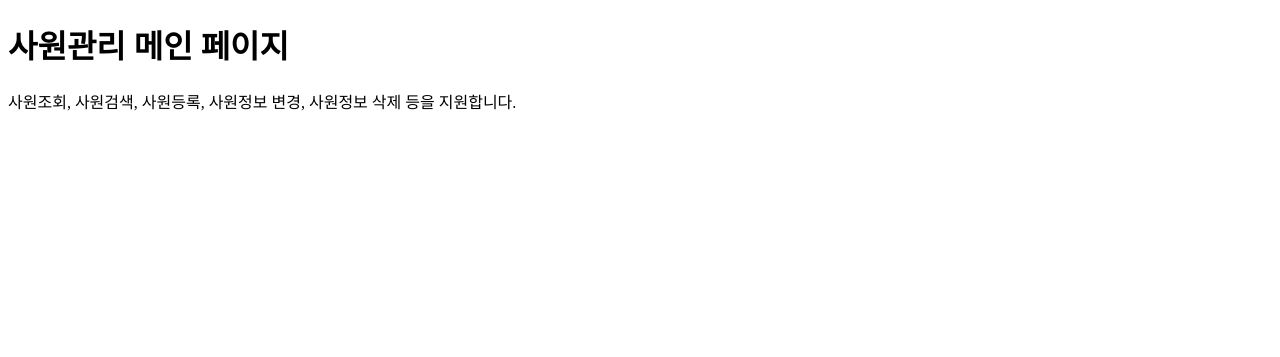
Repository: onuo77/ja_HTA
Page: http://localhost/sample/hr/emp/main.jsp
The author's editor kept a copy of each file at every save. The page is drawn from the files as they stood at one save, then again after the next save.
The browser window is 1280 px wide. The pictures show the whole page.
The page is served by Tomcat 9.

Above is the page before, as saved 2021-05-20 07:38:54.

After the next save:
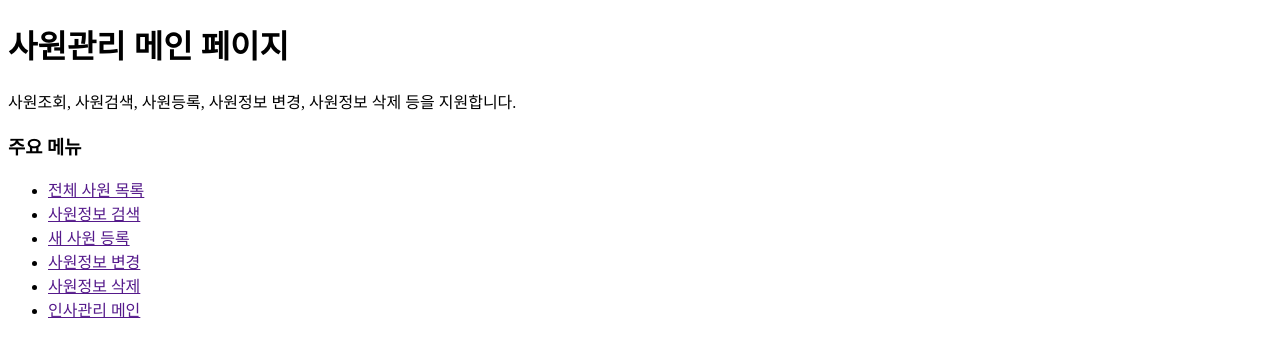
Saved 80 s later.
--- a/java-web/sample/src/main/webapp/hr/emp/main.jsp
+++ b/java-web/sample/src/main/webapp/hr/emp/main.jsp
@@ -9,5 +9,15 @@
 <body>
 	<h1>사원관리 메인 페이지</h1>
 	<p>사원조회, 사원검색, 사원등록, 사원정보 변경, 사원정보 삭제 등을 지원합니다.</p>
+
+	<h3>주요 메뉴</h3>
+	<ul>
+		<li><a href="">전체 사원 목록</a></li>
+		<li><a href="">사원정보 검색</a></li>
+		<li><a href="">새 사원 등록</a></li>
+		<li><a href="">사원정보 변경</a></li>
+		<li><a href="">사원정보 삭제</a></li>
+		<li><a href="">인사관리 메인</a></li>
+	</ul>
 </body>
 </html>
